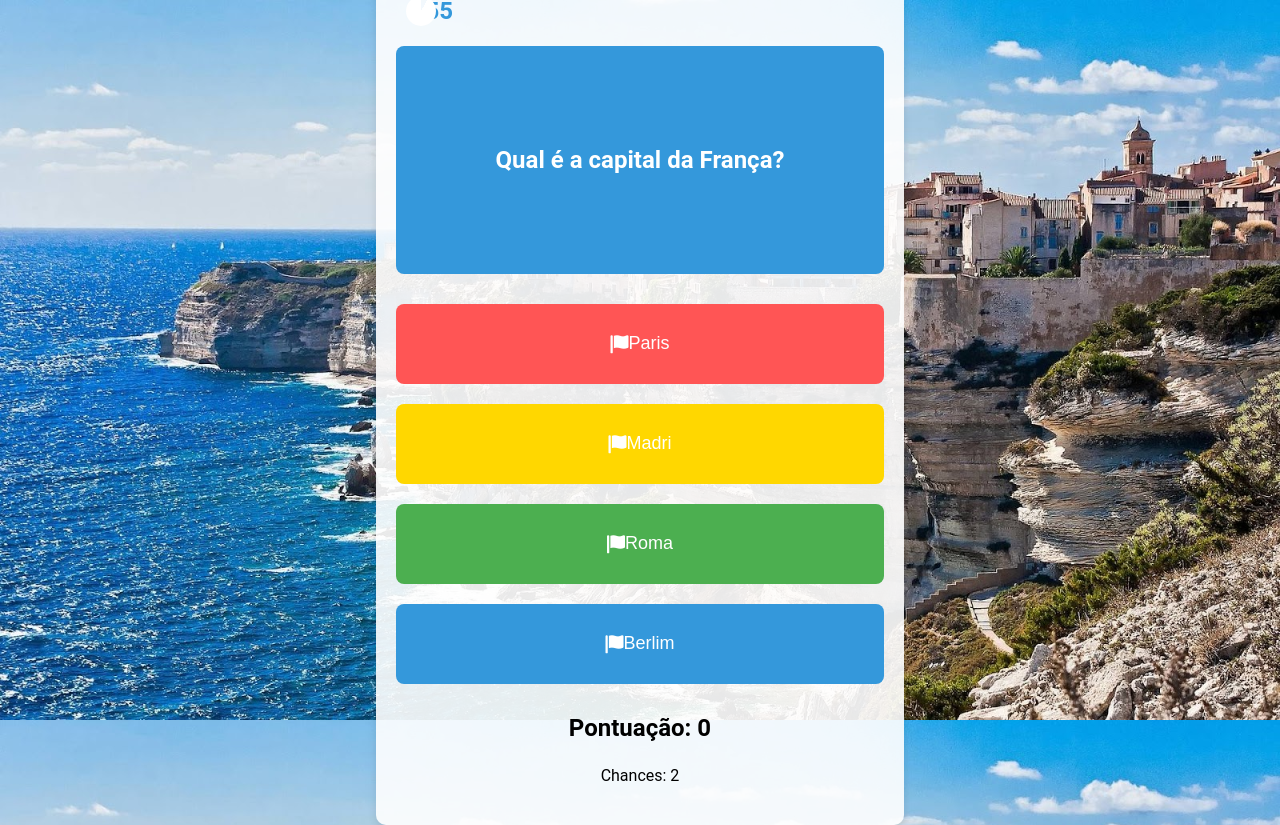
Repository: Matheus904-12/Quizz
Page: index.html
The author's editor kept a copy of each file at every save. The page is drawn from the files as they stood at one save, then again after the next save.
The browser window is 1280 px wide. The pictures show the whole page.

Above is the page before, as saved 2023-08-21 19:35:55.

After the next save:
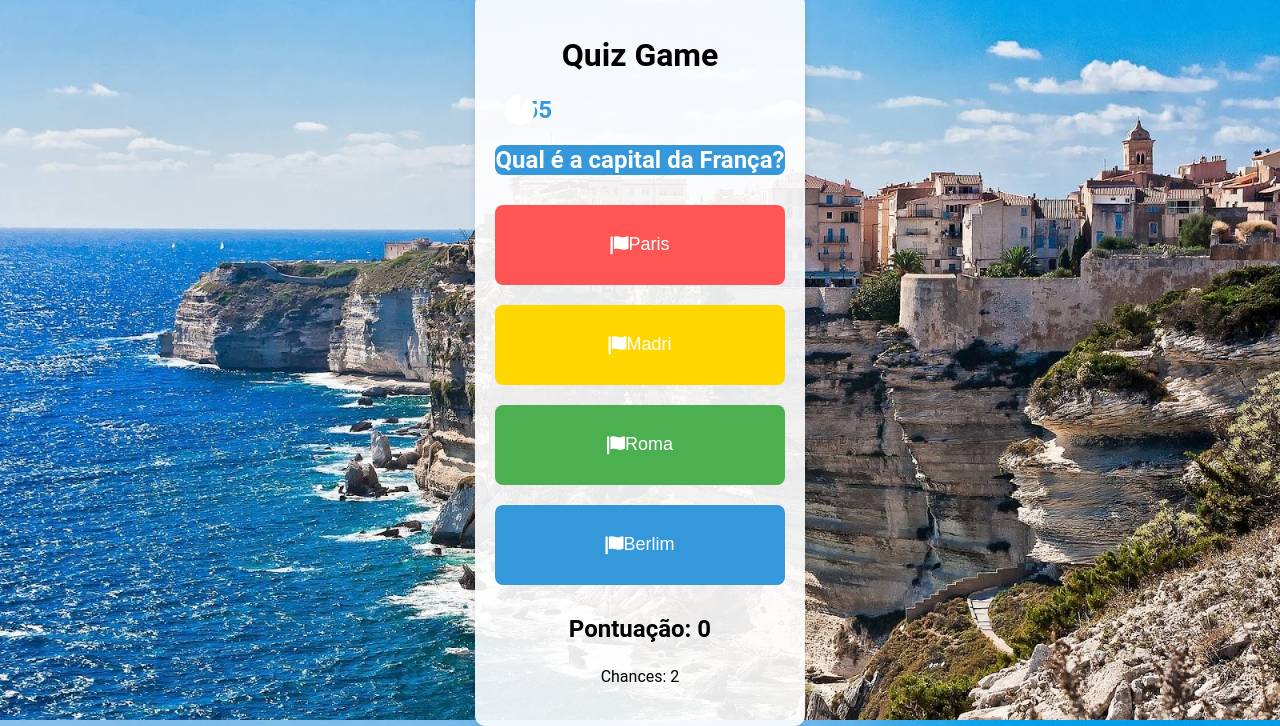
Saved 10 s later.
--- a/style.css
+++ b/style.css
@@ -23,7 +23,7 @@ body {
 .question {
     font-size: 24px;
     margin-bottom: 20px;
-    padding: 100px; /* Tamanho uniforme para caixas de pergunta */
+    padding: 1px; /* Tamanho uniforme para caixas de pergunta */
     border-radius: 8px;
     background-color: #3498DB; /* Cor de fundo para caixas de pergunta */
     color: #fff; /* Cor do texto para caixas de pergunta */
